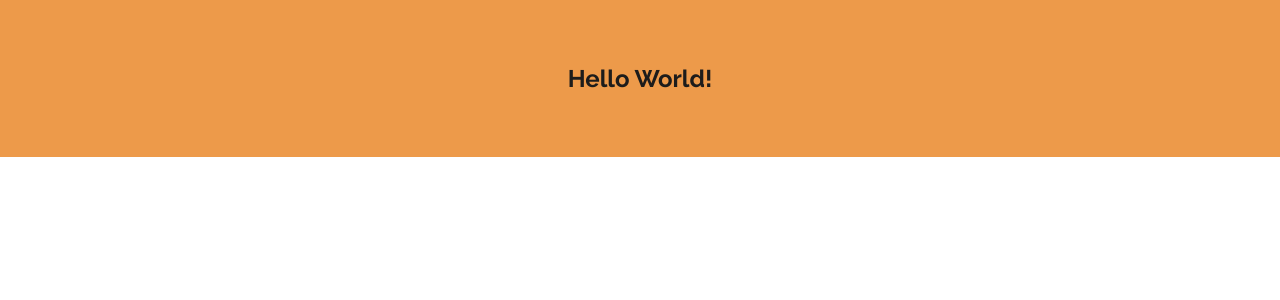
Repository: luizdanielmlima/my-website-react
Page: /
These files come from the project's save history. The page is drawn as it stood at one moment and after the next save; the edit follows.
The browser window is 1280 px wide. The pictures show the whole page.
The project was rebuilt for these pictures with package versions that can differ from the ones it lists, and the page was loaded fresh each time.

Above is the page before, as saved 2023-01-31 16:37:51.

### public/index.html
<!DOCTYPE html>
<html lang="en">
  <head>
    <meta charset="utf-8" />
    <link rel="icon" href="%PUBLIC_URL%/favicon.ico" />
    <meta
      name="viewport"
      content="width=device-width, initial-scale=1"
    />
    <meta name="theme-color" content="#000000" />
    <meta
      name="description"
      content="Web site created using create-react-app"
    />
    <link rel="apple-touch-icon" href="%PUBLIC_URL%/logo192.png" />

    <!-- GOOGLE FONTS -->
    <link rel="preconnect" href="https://fonts.googleapis.com" />
    <link
      rel="preconnect"
      href="https://fonts.gstatic.com"
      crossorigin
    />
    <link
      href="https://fonts.googleapis.com/css2?family=Raleway:ital,wght@0,300;0,400;0,500;0,600;0,700;1,400;1,500;1,600;1,700&family=Staatliches&display=swap"
      rel="stylesheet"
    />
    <!--
      manifest.json provides metadata used when your web app is installed on a
      user's mobile device or desktop. See https://developers.google.com/web/fundamentals/web-app-manifest/
    -->
    <link rel="manifest" href="%PUBLIC_URL%/manifest.json" />
    <!--
      Notice the use of %PUBLIC_URL% in the tags above.
      It will be replaced with the URL of the `public` folder during the build.
      Only files inside the `public` folder can be referenced from the HTML.

      Unlike "/favicon.ico" or "favicon.ico", "%PUBLIC_URL%/favicon.ico" will
      work correctly both with client-side routing and a non-root public URL.
      Learn how to configure a non-root public URL by running `npm run build`.
    -->
    <title>Luiz Daniel Lima's site</title>
  </head>
  <body>
    <noscript
      >You need to enable JavaScript to run this app.</noscript
    >
    <div id="root"></div>
    <!--
      This HTML file is a template.
      If you open it directly in the browser, you will see an empty page.

      You can add webfonts, meta tags, or analytics to this file.
      The build step will place the bundled scripts into the <body> tag.

      To begin the development, run `npm start` or `yarn start`.
      To create a production bundle, use `npm run build` or `yarn build`.
    -->
  </body>
</html>

### src/App.tsx
import React from 'react';
import { ThemeProvider } from 'styled-components';
import './App.css';

import Home from './containers/Home/Home';
import { websiteTheme } from './theme/theme';

function App() {
  return (
    <ThemeProvider theme={websiteTheme}>
      <Home />
    </ThemeProvider>
  );
}

export default App;

### src/App.css
*,
*::before,
*::after,
html {
  -webkit-box-sizing: border-box;
  box-sizing: border-box;
  margin: 0;
  padding: 0;
}

body {
  font-family: 'Raleway', sans-serif;
}

### src/containers/Home/Home.tsx
import React from 'react';
import { Title, Wrapper } from './Home.styled';

const Home = () => {
  return (
    <Wrapper>
      <Title>Hello World!</Title>
    </Wrapper>
  );
};

export default Home;

### src/theme/theme.ts
export const websiteTheme = {
  colors: {
    primary: '#ed9a4a',
    secondary: '#bc252c',
    tertiary: '#e6af2e',
    bg: '#f4e1b7',
    bgDark: '#302d2a',
    dark: '#1d1c1b',
    menuHeight: '80px',
  },
};

### src/containers/Home/Home.styled.ts
import styled from 'styled-components';

export const Title = styled.h1`
  font-size: 1.5em;
  text-align: center;
  color: ${({ theme }) => theme.colors.dark}; ;
`;

export const Wrapper = styled.section`
  padding: 4em;
  background: ${({ theme }) => theme.colors.primary};
`;

Loaded but not shown: src/index.tsx (common file); src/index.css (common file); src/reportWebVitals.ts (common file)

After the next save:
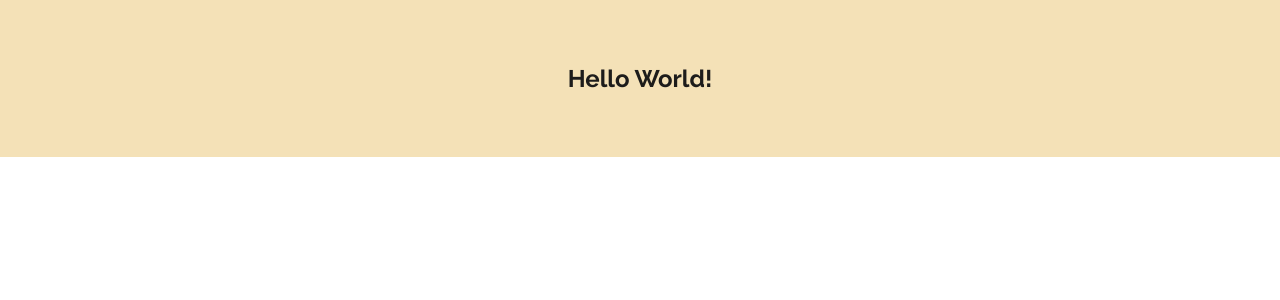
Saved 23 s later.
--- a/src/containers/Home/Home.styled.ts
+++ b/src/containers/Home/Home.styled.ts
@@ -8,5 +8,5 @@
 
 export const Wrapper = styled.section`
   padding: 4em;
-  background: ${({ theme }) => theme.colors.primary};
+  background: ${({ theme }) => theme.colors.bg};
 `;
